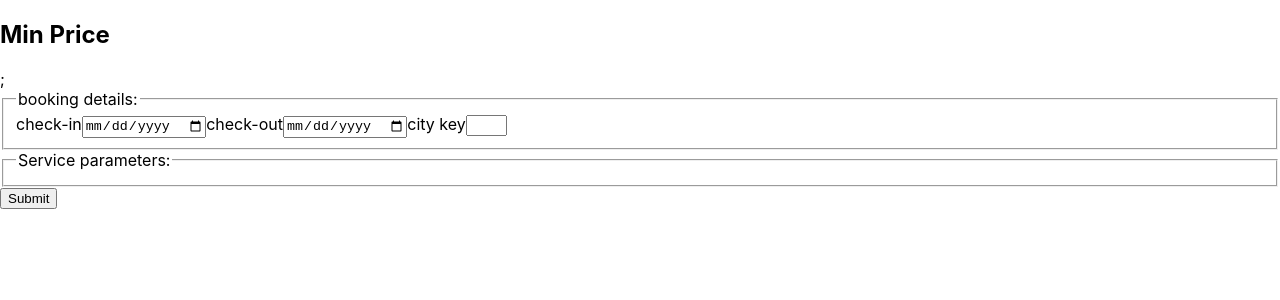
Repository: vsterev/il-test
Page: /min-price
An editor plug-in stored every save of this project. The page is shown before and after the next save, followed by the edit.
The browser window is 1280 px wide. The pictures show the whole page.
The project was rebuilt for these pictures with package versions that can differ from the ones it lists, and the page was loaded fresh each time. A package was used in the major version that the imports need, not the one package.json lists. Also part of the build but not shown: src/components/error/index.jsx.

Above is the page before, as saved 2021-04-27 08:24:36.

After the next save:
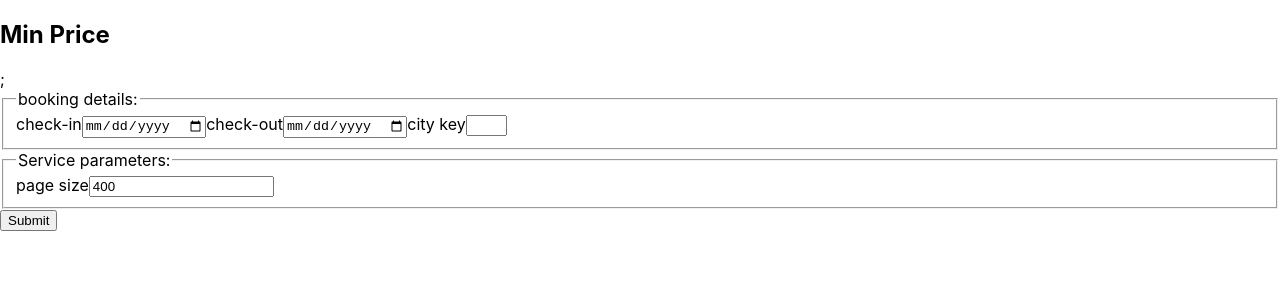
Saved 97 s later.
--- a/src/components/minPrice/index.jsx
+++ b/src/components/minPrice/index.jsx
@@ -34,6 +34,13 @@ const MinPrice = () => {
         </fieldset>
         <fieldset>
           <legend>Service parameters:</legend>
+          <label htmlFor="pageSize">page size</label>
+          <input
+            type="text"
+            id="pageSize"
+            value={details.pageSize}
+            onChange={(e) => setDetails({ ...details, pageSize: e.target.value })}
+          />
         </fieldset>
         <button>Submit</button>
       </form>
